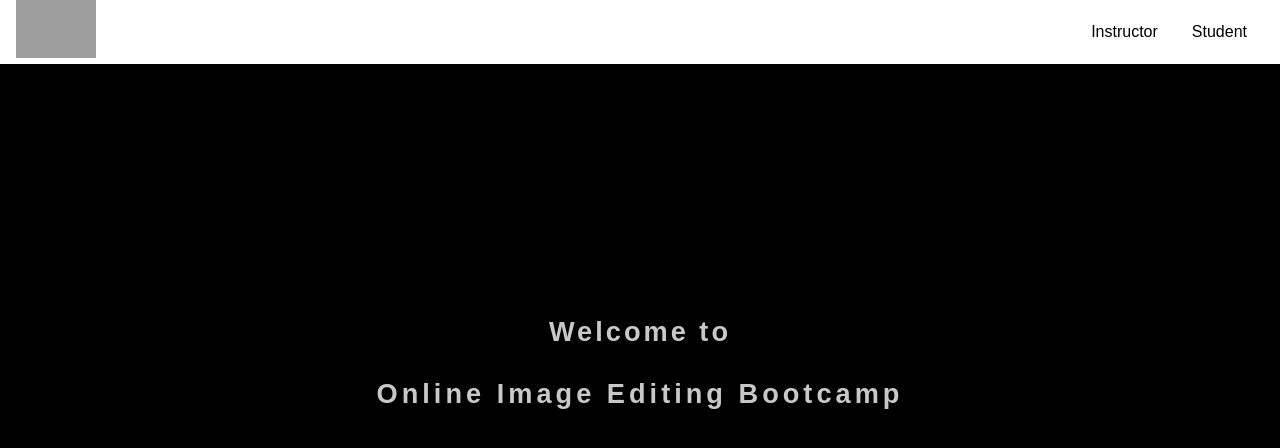
Repository: TanviSanyal/ImageEditingBootcamp
Page: /
The author's editor kept a copy of each file at every save. The page is drawn from the files as they stood at one save, then again after the next save.
The browser window is 1280 px wide. The pictures show the whole page.
Pictures or frames that could not be fetched are drawn as grey boxes. The project was rebuilt for these pictures with package versions that can differ from the ones it lists, and the page was loaded fresh each time. Also part of the build but not shown: src/shared/components/navigation/SideDrawer.css, src/shared/components/UIElements/Backdrop.css, src/shared/components/UIElements/Backdrop.js.

Above is the page before, as saved 2020-09-27 00:15:13.

After the next save:
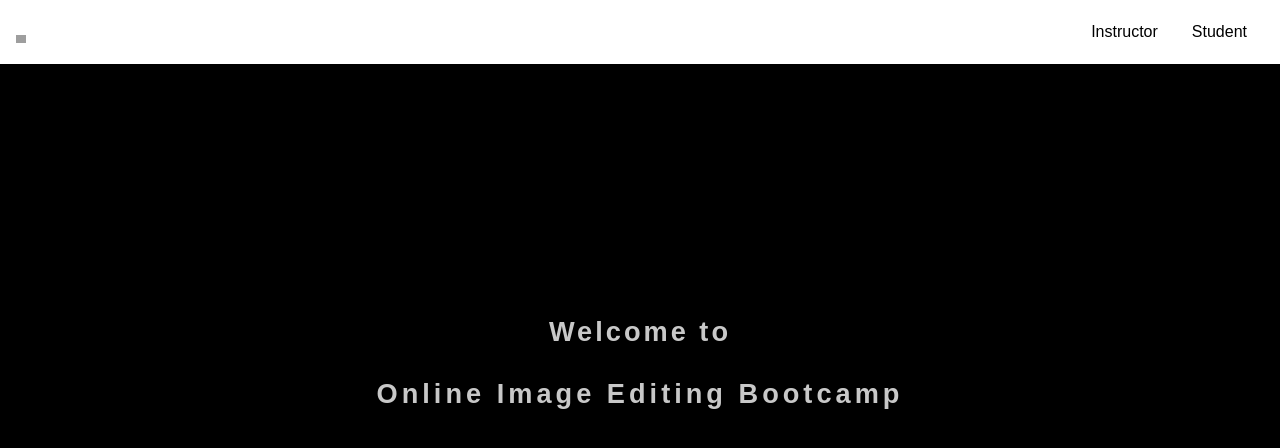
Saved 113 s later.
--- a/src/shared/components/navigation/MainNavigation.css
+++ b/src/shared/components/navigation/MainNavigation.css
@@ -19,6 +19,7 @@
 
   .main-navigation__title {
     color: white;
+    width: 4%;
   }
 
   .main-navigation__title a {
